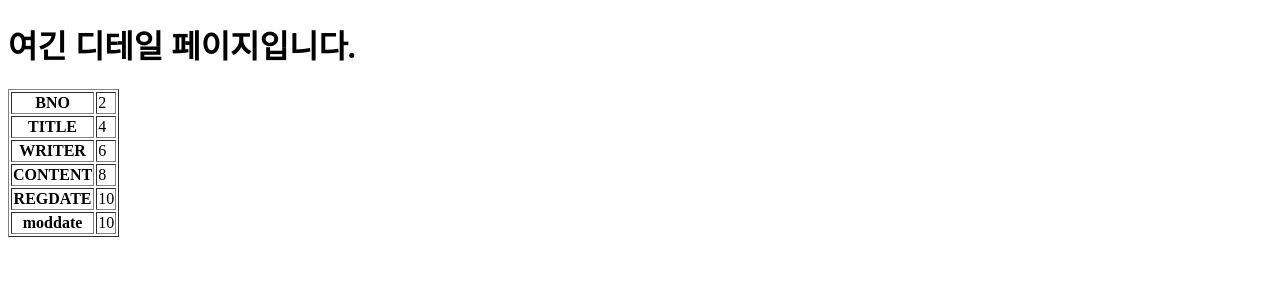
Repository: gatsby5959/_jsp_workspace_brd-mem_copy
Page: http://localhost/jsp_BoardMember/board/detail.jsp
An editor plug-in stored every save of this project. The page is shown before and after the next save, followed by the edit.
The browser window is 1280 px wide. The pictures show the whole page.
The page is served by Tomcat 9. Other server files are loaded and not shown.

Above is the page before, as saved 2023-09-07 08:57:47.

### jsp_BoardMember/src/main/webapp/board/detail.jsp
<%@ page language="java" contentType="text/html; charset=UTF-8"
	pageEncoding="UTF-8"%>
<!DOCTYPE html>
<html>
<head>
<meta charset="UTF-8">
<title>Insert title here</title>
</head>
<body>
	<h1>여긴 디테일 페이지입니다.</h1>
	<table border=1>
		<tr>
			<th>BNO</th>
			<td>2</td>
		</tr>
		<tr>
			<th>TITLE</th>
			<td>4</td>
		</tr>
		<tr>
			<th>WRITER</th>
			<td>6</td>
		</tr>
		<tr>
			<th>CONTENT</th>
			<td>8</td>
		</tr>
		<tr>
			<th>REGDATE</th>
			<td>10</td>
		</tr>
		<tr>
			<th>moddate</th>
			<td>10</td>
		</tr>

	</table>
</body>
</html>

After the next save:
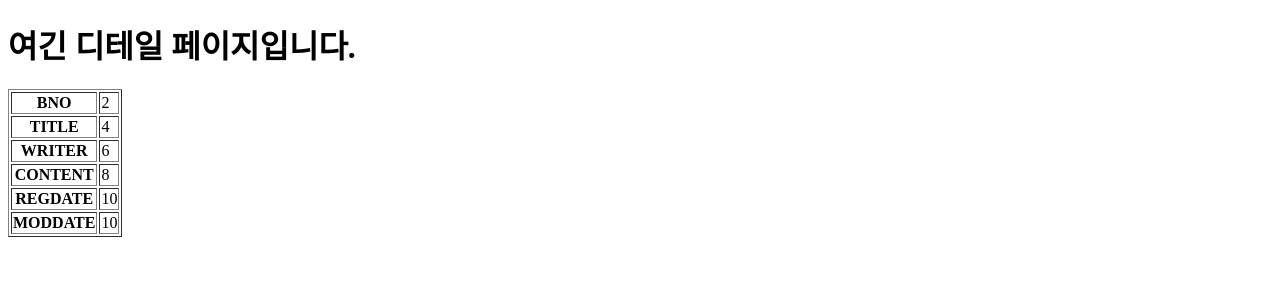
Saved 7 s later.
--- a/jsp_BoardMember/src/main/webapp/board/detail.jsp
+++ b/jsp_BoardMember/src/main/webapp/board/detail.jsp
@@ -30,7 +30,7 @@
 			<td>10</td>
 		</tr>
 		<tr>
-			<th>moddate</th>
+			<th>MODDATE</th>
 			<td>10</td>
 		</tr>
 
